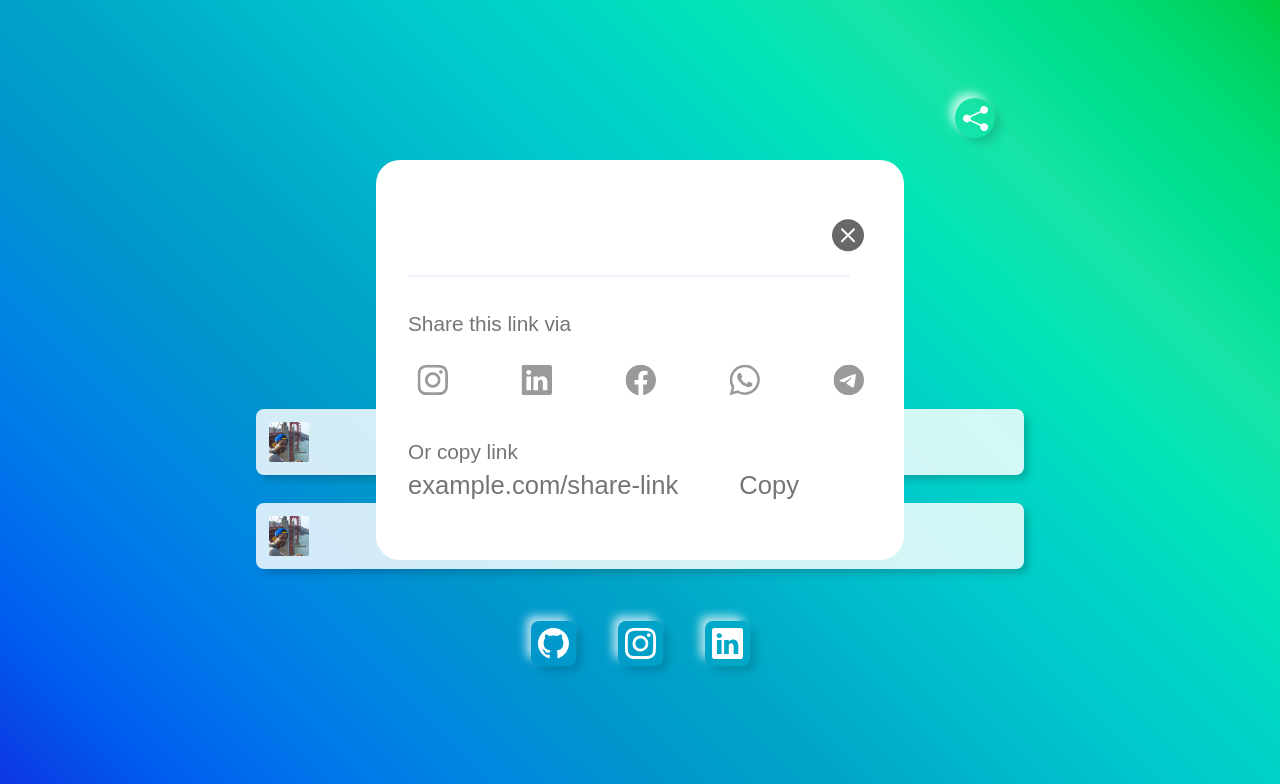
Repository: MateLaDBrouille97/linktree
Page: /
An editor plug-in stored every save of this project. The page is shown before and after the next save, followed by the edit.
The browser window is 1280 px wide. The pictures show the whole page.
The project was rebuilt for these pictures with package versions that can differ from the ones it lists, and the page was loaded fresh each time. The framework's server and built-in components were replaced by stand-ins that run in the browser. Also part of the build but not shown: next.config.js, styles/Home.module.css, styles/scrollup.css.

Above is the page before, as saved 2023-01-24 00:53:27.

### app/layout.tsx
"use client";

import '@/styles/globals.css'
import '../styles/Home.module.css';
import '../styles/scrollup.css';
import '../styles/home.css';
import '../styles/socials.css';
import '../styles/share.css';
import ScrollDow from '../components/ScrollDow';
import ScrollUp from '../components/scrollup/ScrollUp'

export default function RootLayout({
    children,
  }: {
    children: React.ReactNode;
  }) {
    return (
      <html lang="en">
        <body>{children}</body>
        {/* <ScrollDow/> */}
        {/* <ScrollUp/> */}
      </html>
    );
  }

### app/page.tsx
"use client";

import Image from "next/image";
import data from "data.json";
import image from "../public/ManuelTL2.jpg";
import image1 from "../public/ManuelTL2.jpg";
import { useEffect, useState } from "react";
import Socials from "../components/Socials";
import Share from "@/components/Share";

function LinkCard({
  href,
  title,
  image,
}: {
  href: string;
  title: string;
  image?: string;
}) {
  return (
    <a
      href={href}
      className="flex items-center p-3 w-full rounded-lg hover:scale-105 transition-all bg-gray-100 mb-3 -mt-2 max-w-3xl home__linkcard-box"
    >
      <div className="flex text-center w-full home__linkcard-card">
        <div className="w-10 h-10 home__linkcard-img">
          {image1 && (
            <Image
              className="rounded-sm"
              alt={data.name}
              src={image1}
              width={40}
              height={40}
            />
          )}
        </div>
        <h2 className="flex justify-center items-center font-semibold w-full text-gray-700 -ml-10 home__linkcard-title">
          {title}
        </h2>
      </div>
    </a>
  );
}

export default function Home() {
  /*==================== Toggle Menu ====================== */
  const [toggle, showMenu] = useState(false);
  const [activeNav, setActiveNav] = useState("#home");

  /* +++++++++++++++++++++++++++++++++++++++++++++++++ */
  // const { dbUser, image } = useUserContext();

  // const breakpoints = (width) => {
  //   if (width < 640) {
  //     return "xs";
  //   } else if (width >= 640 && width < 768) {
  //     return "sm";
  //   } else if (width >= 768 && width < 1024) {
  //     return "md";
  //   } else if (width >= 1024) {
  //     return "lg";
  //   }
  // };

  // const [breakpoint, setBreakpoint] = useState(() =>
  //   breakpoints(typeof window !== "undefined" && window.innerWidth)
  // );

  useEffect(() => {
    if (toggle) {
      // const calcInnerWidth = function () {
      //   setBreakpoint(breakpoints(window.innerWidth));
      // };
      // window.addEventListener("resize", calcInnerWidth);
      window.addEventListener("scroll", function () {
        const header = this.document.querySelector(".header");
        //scroll higher than 200 viewport height
        //add scroll header class to a tag with the scroll-top
        if (this.scrollY >= 80) header?.classList.add("scroll-header");
        else header?.classList.remove("scroll-header");
      });
    }
  }, []);

  useEffect(() => {
    showMenu(true);
  }, []);

  return (
    <div className="flex items-center flex-col mx-auto w-full justify-center mt-16 px-8 ">
      <Share/>
      <a
        href="#home"
        onClick={() => setActiveNav("#home")}
        // className={
        //   activeNav === "#home" ? "nav__logo active-link" : "nav__logo"
        // }
      >
        <Image
          className="rounded-full"
          alt={data.name}
          src={image}
          width={96}
          height={96}
        />
      </a>

      <h1 className="font-semibold mt-4 mb-8 text-xl" style={{color:"white"}}>{data.name}</h1>
      <h3 className="home__description" style={{color:"white"}}>{data.small_description}</h3>

      <div className="grid place-items-center w-full mt-2">
        {data.links.map((link) => (
          <LinkCard key={link.href} {...link} />
        ))}
      </div>

      <div className="gap-3 items-center flex mt-10">
        {data?.socials?.map((social) => {
         return(

          <Socials title={social?.title} key={social?.href} />
          )
        })}
      </div>
    </div>
  );
}

### styles/globals.css
@tailwind base;
@tailwind components;
@tailwind utilities;

body{
  height:100vh;
  background-image: linear-gradient(
  45deg,
  hsl(229deg 88% 47%) 0%,
  hsl(217deg 100% 47%) 8%,
  hsl(210deg 100% 46%) 16%,
  hsl(204deg 100% 44%) 24%,
  hsl(196deg 100% 40%) 32%,
  hsl(190deg 100% 39%) 41%,
  hsl(186deg 100% 40%) 49%,
  hsl(181deg 100% 40%) 57%,
  hsl(175deg 100% 42%) 65%,
  hsl(168deg 99% 45%) 72%,
  hsl(162deg 82% 49%) 80%,
  hsl(159deg 100% 44%) 86%,
  hsl(153deg 100% 43%) 92%,
  hsl(146deg 100% 41%) 97%,
  hsl(138deg 100% 40%) 100%
);
}

@import  url('https://api.iconify.design/material-symbols/arrow-upward.svg');

/*=============== GOOGLE FONTS ===============*/
@import url("https://fonts.googleapis.com/css2?family=Poppins:wght@400;500;600&display=swap");

/*=================== NEXT.JS ================*/

html,
body {
  padding: 0;
  margin: 0;
  font-family: -apple-system, BlinkMacSystemFont, Segoe UI, Roboto, Oxygen,
    Ubuntu, Cantarell, Fira Sans, Droid Sans, Helvetica Neue, sans-serif;
}

h1 {
  font-size: 1.75rem;
}




/*=============== VARIABLES CSS ===============*/
:root {
  --header-height: 3rem;

  /*========== Colors ==========*/
  /*Color mode HSL(hue, saturation, lightness)*/
  --hue: 0;
  --sat: 0%;
  --title-color: hsl(var(--hue), var(--sat), 20%);
  --title-color-dark: hsl(var(--hue), var(--sat), 0%);
  --text-color: hsl(var(--hue), var(--sat), 46%);
  --body-color: hsl(var(--hue), var(--sat), 98%);
  --container-color: #fff;

  /*========== Font and typography ==========*/
  --body-font: "Poppins", sans-serif;

  /*.5rem = 8px | 1rem = 16px ...*/
  --big-font-size: 3.5rem;
  --h1-font-size: 2.75rem;
  --h2-font-size: 1.5rem;
  --h3-font-size: 1.25rem;
  --normal-font-size: 1rem;
  --small-font-size: 0.875rem;
  --smaller-font-size: 0.813rem;
  --tiny-font-size: 0.625rem;

  /*========== Font weight ==========*/
  --font-normal: 400;
  --font-medium: 500;
  --font-semi-bold: 600;

  /*========== Margenes Bottom ==========*/
  /*.5rem = 8px | 1rem = 16px ...*/
  --mb-0-25: 0.25rem;
  --mb-0-5: 0.5rem;
  --mb-0-75: 0.75rem;
  --mb-1: 1rem;
  --mb-1-5: 1.5rem;
  --mb-2: 2rem;
  --mb-2-5: 2.5rem;
  --mb-3: 3rem;

  /*========== z index ==========*/
  --z-tooltip: 10;
  --z-fixed: 100;
  --z-modal: 1000;
}

/* Responsive typography */
@media screen and (max-width: 992px) {
  :root {
    --big-font-size: 2.75rem;
    --h1-font-size: 1.5rem;
    --h2-font-size: 1.25rem;
    --h3-font-size: 1rem;
    --normal-font-size: 0.938rem;
    --small-font-size: 0.813rem;
    --smaller-font-size: 0.75rem;
  }
}

/*=============== BASE ===============*/
* {
  margin: 0;
  padding: 0;
  box-sizing: border-box;
}

html {
  scroll-behavior: smooth;
}

body,
button,
input,
textarea {
  font-family: var(--body-font);
  font-size: var(--normal-font-size);
}

body {
  background-color: var(--body-color);
  color: var(--text-color);
}

h1,
h2,
h3 {
  color: var(--title-color);
  font-weight: var(--font-semi-bold);
}

ul {
  list-style: none;
}

a {
  text-decoration: none;
}

button {
  cursor: pointer;
  border: none;
  outline: none;
}

img {
  max-width: 100%;
  height: auto;
}

/*=============== REUSABLE CSS CLASSES ===============*/
.section {
  padding: 6rem 0 2rem;
}

.section__title {
  font-size: var(--h1-font-size);
  color: var(--title-color);
}

.section__subtitle {
  display: block;
  font-size: var(--normal-font-size);
  margin-bottom: 4rem;
}

.section__title,
.section__subtitle {
  text-align: center;
}

/*=============== LAYOUT ===============*/
.container {
  max-width: 968px;
  margin-left: auto;
  margin-right: auto;
}

.grid {
  display: grid;
  gap: 1.5rem;
}

/*=============== BUTTONS ===============*/
.button {
  display: inline-block;
  background-color:rgb(100, 189, 140);
  color: var(--container-color);
  padding: 1.25rem 2rem;
  border-radius: 1rem;
  font-weight: var(--font-medium);
}

.button:hover {
  background-color: rgb(81, 209, 138);
  color: var(--container-color);
}

.button__icon {
  margin-left: var(--mb-0-5);
}

.button--flex {
  display: inline-flex;
  align-items: center;

}




/*=============== BREAKPOINTS ===============*/
/* For large devices */
@media screen and (max-width: 992px) {
  .container {
    margin-left: var(--mb-1-5);
    margin-right: var(--mb-1-5);
  }

  .button {
    padding: 1rem 1.75rem;
  }

  .button__icon {
    width: 22px;
    height: 22px;
  }
}

/* For medium devices */
@media screen and (max-width: 768px) {
  body {
    margin: 0 0 var(--header-height) 0;
  }

  .section {
    padding: 2rem 0 4rem;
  }

  .section__subtitle {
    margin-bottom: var(--mb-3);
  }
}

@media screen and (max-width: 576px) {

}

/* For small devices */
@media screen and (max-width: 350px) {
  :root {
    --big-font-size: 2.25rem;
  }

  .container {
    margin-left: var(--mb-1);
    margin-right: var(--mb-1);
  }
}

### styles/home.css
.home__container{
    row-gap: 7rem;
}

.home__content{
    grid-template-columns: 116px repeat(2, 1fr);
    padding-top: 5.5rem;
    column-gap: 2rem;
    align-items: center;
}

.home__social{
    display:grid;
    grid-template-columns: max-content;
    row-gap: 1rem;
}

.home__social-icon{
    font-size:1.25rem;
    color: var(--title-color);
}

.home__social-icon:hover{
    color:rgb(165, 30, 75);
}



.home__social-icon:hover{
    color: var(--title-color-dark);
}

.home__title{
    font-size:var(--h1-font-size);
    margin-bottom:var(--mb-0-25);
}

.home__hand{
    width: 38px;
    height: 38px;
    margin-left: 0.4rem;
}

.home__subtitle{
    position: relative;
    font-size:var(--h3-font-size);
    padding-left: 5.4rem;
    font-weight: var(--font-normal);
    margin-bottom: var(--mb-1);
}

.home__subtitle::before{
    content:'';
    position:absolute;
    width: 70px;
    height:1px;
    background-color:var(--text-color);
    left:0;
    top:1rem;
}

.home__description{
    max-width:400px;
    margin-bottom: var(--mb-3);
    line-height: 1.7;
}

.home__linkcard-box{
    background-color: rgba(255, 255, 255, 0.829);
    border-color: whitesmoke;
    border-width: 3px;
    transition: transform 0.5s;
    box-shadow: 5px 5px 9px -1px rgba(0,0,0,0.2);

    border: 1px solid rgba(0,0,0,0);
    transition: transform 0.5s;
}

.home__linkcard-box:hover{
    box-shadow: 10px 10px 0px -1px rgba(0,0,0,0.15),
                1px 1px 0.5px  rgba(0,0,0,0.15),
                0px -12px 10px -10px  rgba(0,0,0,0.05);
     border: 1px solid   rgba(0,0,0,0.1);
    /* transform:translateY(-2px)  ;    */
}

.home__linkcard-box::after{
    transition: transform 0.5s;
}

.home__linkcard-box:hover::after .home__linkcard-title {
    transition: transform 0.7s;
}

.home__linkcard-box:hover::after .home__linkcard-img {
    transition: transform 0.7s;
}

.home__linkcard-box:hover .home__linkcard-title{
    transform:scale(1.05);
    transition: transform 0.5s;
}

.home__linkcard-box:hover .home__linkcard-img{
    transform:scale(1.15);
    transition: transform 0.5s;
}




.home__img{
/* background: url(../../assets/Mur.jpg); */
background-repeat: no-repeat;
background-position: center;
background-size: cover;
box-shadow: inset 0 0 0 9px rgb(255 255 255/30%);
order: 1;
justify-self: center;
width:375px ;
height: 350px;
animation: profile__animate 8s ease-in-out infinite 1s;
}

@keyframes profile__animate {
    0%{
        border-radius: 60% 40% 30% 70%/60% 30% 70% 40%;
    }

    50%{
        border-radius: 30% 60% 70% 40%/50% 60% 30% 60%;
    }

    100%{
        border-radius: 60% 40% 30% 70%/60% 30% 70% 40%;
    }
}

.home__scroll{
    position:fixed;
    left: 2.5rem;
    bottom: 3rem;
    /* opacity:0.8; */
    padding:0.3rem 0.5rem;
    border-radius:0.4rem;
    z-index: var(--z-tooltip);
    transition: .4s;
}


.wheel {
    animation: scroll 2s ease infinite;
}

@keyframes scroll{
    0% {
        transform: translateY(0);
    }
    30% {
        transform: translateY(3.7rem);
    }

}


.home__scroll-name{
    color: rgba(255, 255, 255, 0.829);
    font-weight: var(--font-medium);
    margin-right: var(--mb-0-25);
    margin-left: 2px;
}

.home__scroll-arrow{
    font-size: 1.25rem;
    color: rgba(255, 255, 255, 0.829);
}


/*=============== BREAKPOINTS ===============*/
/* For large devices */
@media screen and (max-width: 992px) {
    .home__content{
        grid-template-columns: 100px repeat(2, 1fr);
        column-gap: 1.25rem;

    }

    .home__hand{
        width:26px;
        height:26px;
    }

    .home__subtitle{
        padding-left: 3.75rem;
        margin-bottom: var(--mb-1);

    }

    .home__subtitle::before {
        width:42px;
        top:0.8rem;
    }

    .home__description{
        max-width: initial;
        margin-bottom: var(--mb-2-5);
    }

    .home__img{
        width:250px;
        height:250px;
        box-shadow:inset 0 0 0 8px rgb(255 255 255/30%)
    }

    .home__scroll{
        margin-left: 7.5rem;
    }



  }

  /* For medium devices */
  @media screen and (max-width: 768px) {
    .home__content{
        grid-template-columns: 0.5fr 3fr;
        padding-top: 3.5rem;
    }

    .home__img{
        order:initial;/* ordre d'apparition de l'element*/
        justify-self: initial;
        box-shadow: inset 0 0 0 9px rgb(255 255 255/30%);
        width:200px;
        height: 200px;
    }

    .home__data{
        grid-column:1/3;
    }

    .home__scroll{
        display:none;
    }


  }



  /* For small devices */
  @media screen and (max-width: 350px) {


    .home__img{

        width:180px ;
        height: 180px;
    }

    .home__hand{
        width:22px;
        height:22px;
    }


  }

### styles/socials.css
/* .social__link{
    color: var(--container-color);
    font-size: 1.125rem;
    padding: 0.4rem;
    border-radius:1.5rem;
    display: inline-flex;
} */
/*
.social__link:hover{
    background-color:rgba(44, 203, 224, 0.986);
} */

.social__link{
    display:flex;
    /* background-color: var(--container-color); */
    color: var(--container-color);
    height: 45px;
    width: 45px;
    margin: 0 15px;
    border-radius: 8px;
    align-items: center;
    justify-content:center;
    text-decoration: none;
    box-shadow: 6px 6px 10px -1px rgba(0,0,0,0.15),
                -6px -6px 10px -1px rgba(255,255,255,0.7);
    border: 1px solid   rgba(0,0,0,0);
    transition: transform 0.5s;
}

a svg {
    font-size: 38px;
    color: white;
    transition: transform 0.5s;
}


.social__link:hover{
    background-color: rgba(255, 255, 255, 0.829);
    box-shadow: inset 4px 4px 6px -1px rgba(0,0,0,0.2),
                inset -4px -4px 6px -1px rgba(255,255,255,0.7),
                -0.5px -0.5px 0px  rgba(255,255,255,1),
                0.5px 0.5px 0px  rgba(0,0,0,0.15),
                0px -12px 10px -10px  rgba(0,0,0,0.05);
    border: 1px solid   rgba(0,0,0,0.1);
    transform:translateY(2px)  ;
}


a:hover svg{
    transform: scale(1.10);
    fill: black;
    transition: transform 0.5s;
}

a:hover .bi-linkedin{
    fill:rgb(18, 83, 203) ;
    transform:scale(1.10);
    transition: transform 0.5s;
}

a:hover .bi-instagram{
    fill:#e64771;
    transform:scale(1.10);
    transition: transform 0.5s;
}


/*=============== BREAKPOINTS ===============*/
/* For large devices */
@media screen and (max-width: 992px) {


    .social__link:hover{

        box-shadow: inset 4px 4px 6px -1px rgba(0,0,0,0.2),
                    inset -4px -4px 6px -1px rgba(255,255,255,0.7),
                    -0.5px -0.5px 0px  rgba(255,255,255,1),
                    0.5px 0.5px 0px  rgba(0,0,0,0.15),
                    0px -12px 10px -10px  rgba(0,0,0,0.05);
        border: 1px solid   rgba(0,0,0,0.1);
        transform:translateY(2px)  ;
    }




  }

  /* For medium devices */
  @media screen and (max-width: 768px) {




  }



  /* For small devices */
  @media screen and (max-width: 350px) {





  }

### styles/share.css
/*          Share   Items  */

.share-link {
  display: flex;
  color: var(--container-color);
  height: 45px;
  width: 45px;
  margin: 0 15px;
  border-radius: 22px;
  align-items: center;
  justify-content: center;
  text-decoration: none;
  box-shadow: 6px 6px 10px -1px rgba(0, 0, 0, 0.15),
    -6px -6px 10px -1px rgba(255, 255, 255, 0.7);
  border: 1px solid rgba(0, 0, 0, 0);
  transition: transform 0.5s;
}

.share-link:hover {
  background-color: rgba(255, 255, 255, 0.829);
  box-shadow: inset 4px 4px 6px -1px rgba(0, 0, 0, 0.2),
    inset -4px -4px 6px -1px rgba(255, 255, 255, 0.7),
    -0.5px -0.5px 0px rgba(255, 255, 255, 1),
    0.5px 0.5px 0px rgba(0, 0, 0, 0.15),
    0px -12px 10px -10px rgba(0, 0, 0, 0.05);
  border: 1px solid rgba(0, 0, 0, 0.1);
  transform: translateY(2px);
}

/* .share-link .bi-share-fill{
    fill: white;
} */

.share-link:hover .bi-share-fill {
  fill: black;
  transform: scale(1.1);
  transition: transform 0.5s;
}

header {
  width: 95%;
  max-width: 788px;
  display: flex;
  justify-content: flex-end;
  padding: 12px;
  margin-top: 5px;
}

.share-button {
  width: 40px;
  height: 40px;
  border-radius: 20px;
  color: var(--container-color);
}

.share {
  width: 95%;
  max-width: 788px;
  display: flex;
  justify-content: flex-end;
  padding: 12px;
  margin-top: 5px;
  z-index: 10;
}

.modal-share {
  position: absolute;
  height: 250px;
  width: 330px;
  top: 50%;
  left: 50%;
  transform: translate(-50%, -50%) scale(1.6);
  background: var(--container-color);
  padding: 20px;
  border-radius: 15px;
  max-width: 330px;
  width: 60%;
}

.modal-share :is(header) {
  display: flex;
  align-items: center;

}

.modal-share :is( .icons) {
    display: flex;
    align-items: center;
    justify-content: space-between;
  }


.modal-share header {
  padding-bottom: 15px;
  border-bottom: 1px solid #ebedf9;
}

header .close .icons a {
  display: flex;
  align-items: center;
  justify-content: center;
  border-radius: 50%;
}

header .close {
  height: 33px;
  width: 33px;
  background: var(--container-color);
  cursor: pointer;
}

/* .modal-title {
  font-size: 19px;
  font-weight: 500;
} */

.modal-share .content {
  margin: 20px 0;
}

.content p {
  font-size: 13px;
}

.content .icons {
  margin: 10px 0 20px 0;
}

.close{
    display: flex;
    justify-content: flex-end;
}

.close .bi-x{
  border-radius: 15px;
  background-color:#696868;
  margin-right: -21px;

}

.icons a {
  height: 30px;
  width: 30px;
  border: 0.5px solid transparent;
  text-decoration: none;
  display: flex;
  justify-content: center;
  align-items: center;
}

.icons svg {
    fill: #40404086
}

### components/Socials.tsx
function GitHubIcon() {
  return (
    <a href="https://github.com/LuckyMate97" className="social__link">
      <svg xmlns="http://www.w3.org/2000/svg" width="31" height="31" fill="white" className="bi bi-github" viewBox="0 0 16 16"> <path d="M8 0C3.58 0 0 3.58 0 8c0 3.54 2.29 6.53 5.47 7.59.4.07.55-.17.55-.38 0-.19-.01-.82-.01-1.49-2.01.37-2.53-.49-2.69-.94-.09-.23-.48-.94-.82-1.13-.28-.15-.68-.52-.01-.53.63-.01 1.08.58 1.23.82.72 1.21 1.87.87 2.33.66.07-.52.28-.87.51-1.07-1.78-.2-3.64-.89-3.64-3.95 0-.87.31-1.59.82-2.15-.08-.2-.36-1.02.08-2.12 0 0 .67-.21 2.2.82.64-.18 1.32-.27 2-.27.68 0 1.36.09 2 .27 1.53-1.04 2.2-.82 2.2-.82.44 1.1.16 1.92.08 2.12.51.56.82 1.27.82 2.15 0 3.07-1.87 3.75-3.65 3.95.29.25.54.73.54 1.48 0 1.07-.01 1.93-.01 2.2 0 .21.15.46.55.38A8.012 8.012 0 0 0 16 8c0-4.42-3.58-8-8-8z"/> </svg>
    </a>
  );
}

function InstagramIcon() {
  return (
    <a href="https://www.instagram.com/oto.mata33/" className="social__link">
      <svg xmlns="http://www.w3.org/2000/svg" width="31" height="31" fill="white" className="bi bi-instagram" viewBox="0 0 16 16"> <path d="M8 0C5.829 0 5.556.01 4.703.048 3.85.088 3.269.222 2.76.42a3.917 3.917 0 0 0-1.417.923A3.927 3.927 0 0 0 .42 2.76C.222 3.268.087 3.85.048 4.7.01 5.555 0 5.827 0 8.001c0 2.172.01 2.444.048 3.297.04.852.174 1.433.372 1.942.205.526.478.972.923 1.417.444.445.89.719 1.416.923.51.198 1.09.333 1.942.372C5.555 15.99 5.827 16 8 16s2.444-.01 3.298-.048c.851-.04 1.434-.174 1.943-.372a3.916 3.916 0 0 0 1.416-.923c.445-.445.718-.891.923-1.417.197-.509.332-1.09.372-1.942C15.99 10.445 16 10.173 16 8s-.01-2.445-.048-3.299c-.04-.851-.175-1.433-.372-1.941a3.926 3.926 0 0 0-.923-1.417A3.911 3.911 0 0 0 13.24.42c-.51-.198-1.092-.333-1.943-.372C10.443.01 10.172 0 7.998 0h.003zm-.717 1.442h.718c2.136 0 2.389.007 3.232.046.78.035 1.204.166 1.486.275.373.145.64.319.92.599.28.28.453.546.598.92.11.281.24.705.275 1.485.039.843.047 1.096.047 3.231s-.008 2.389-.047 3.232c-.035.78-.166 1.203-.275 1.485a2.47 2.47 0 0 1-.599.919c-.28.28-.546.453-.92.598-.28.11-.704.24-1.485.276-.843.038-1.096.047-3.232.047s-2.39-.009-3.233-.047c-.78-.036-1.203-.166-1.485-.276a2.478 2.478 0 0 1-.92-.598 2.48 2.48 0 0 1-.6-.92c-.109-.281-.24-.705-.275-1.485-.038-.843-.046-1.096-.046-3.233 0-2.136.008-2.388.046-3.231.036-.78.166-1.204.276-1.486.145-.373.319-.64.599-.92.28-.28.546-.453.92-.598.282-.11.705-.24 1.485-.276.738-.034 1.024-.044 2.515-.045v.002zm4.988 1.328a.96.96 0 1 0 0 1.92.96.96 0 0 0 0-1.92zm-4.27 1.122a4.109 4.109 0 1 0 0 8.217 4.109 4.109 0 0 0 0-8.217zm0 1.441a2.667 2.667 0 1 1 0 5.334 2.667 2.667 0 0 1 0-5.334z"/> </svg>
    </a>
  );
}

function LinkedInIcon() {
  return (
    <a href="https://ca.linkedin.com/" className="social__link">
      <svg xmlns="http://www.w3.org/2000/svg" width="31" height="31" fill="white" className="bi bi-linkedin" viewBox="0 0 16 16"> <path d="M0 1.146C0 .513.526 0 1.175 0h13.65C15.474 0 16 .513 16 1.146v13.708c0 .633-.526 1.146-1.175 1.146H1.175C.526 16 0 15.487 0 14.854V1.146zm4.943 12.248V6.169H2.542v7.225h2.401zm-1.2-8.212c.837 0 1.358-.554 1.358-1.248-.015-.709-.52-1.248-1.342-1.248-.822 0-1.359.54-1.359 1.248 0 .694.521 1.248 1.327 1.248h.016zm4.908 8.212V9.359c0-.216.016-.432.08-.586.173-.431.568-.878 1.232-.878.869 0 1.216.662 1.216 1.634v3.865h2.401V9.25c0-2.22-1.184-3.252-2.764-3.252-1.274 0-1.845.7-2.165 1.193v.025h-.016a5.54 5.54 0 0 1 .016-.025V6.169h-2.4c.03.678 0 7.225 0 7.225h2.4z"/> </svg>
    </a>
  );
}

function Socials({ title }:{title?:string;}) {
  if (title == "Instagram") {
    return <InstagramIcon  />;
  }
  if (title == "Github") {
    return <GitHubIcon  />;
  }
  if (title == "LinkedIn") {
    return <LinkedInIcon  />;
  }
}

export default Socials;

Loaded but not shown: data.json (35 lines, source omitted); tailwind.config.js (13 lines, source omitted); components/Share.tsx (115 lines, source omitted)

After the next save:
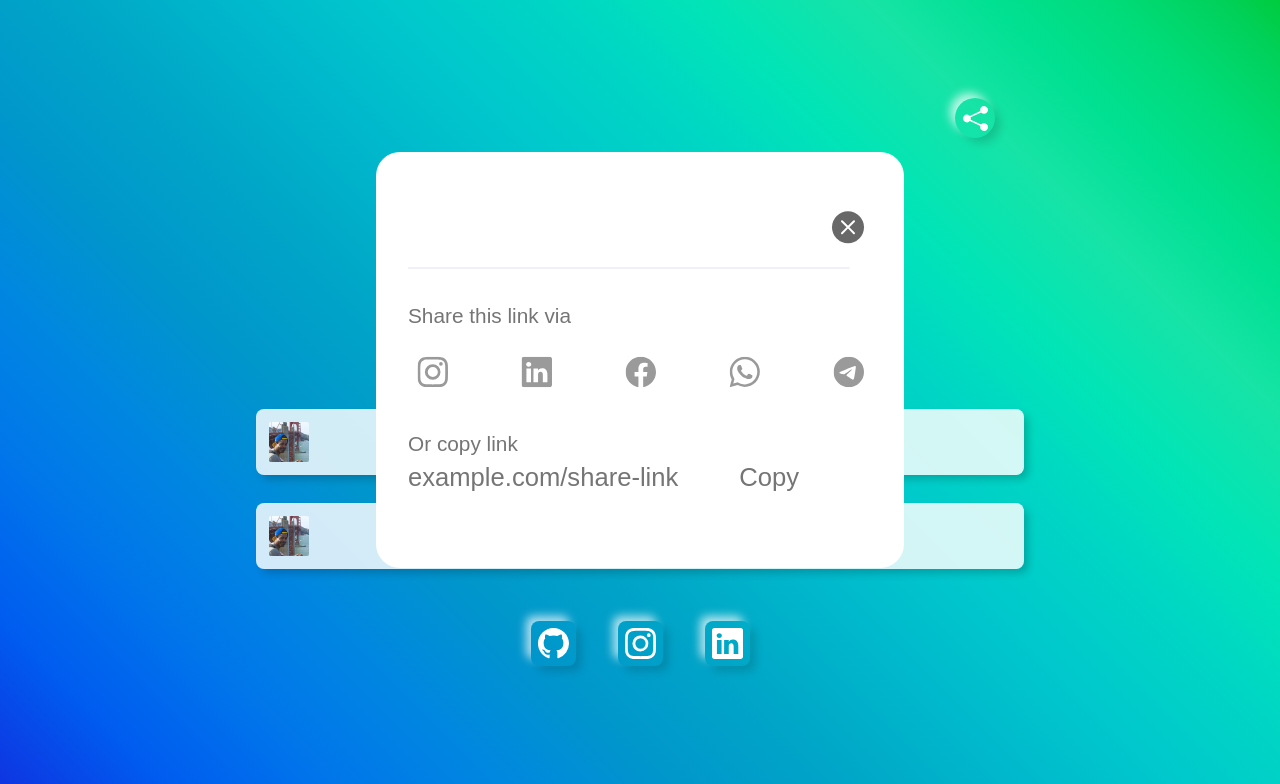
Saved 18 s later.
--- a/styles/share.css
+++ b/styles/share.css
@@ -65,7 +65,7 @@ header {
 
 .modal-share {
   position: absolute;
-  height: 250px;
+  height: 260px;
   width: 330px;
   top: 50%;
   left: 50%;
